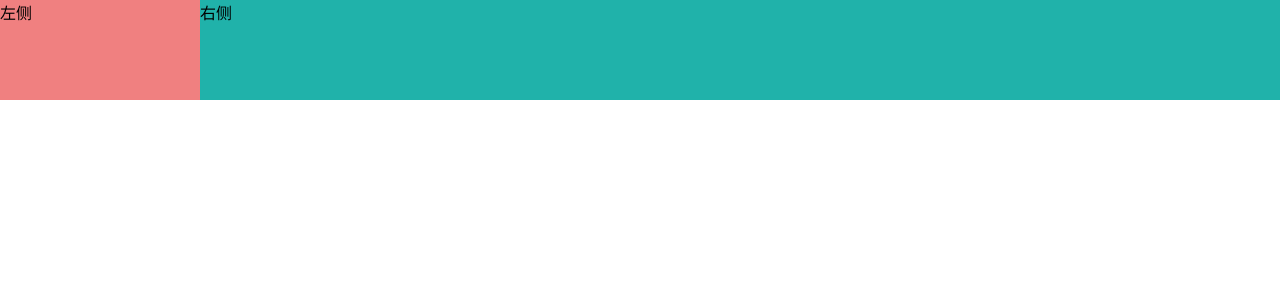
Repository: ljwrookie/Front-end-interview-handwritten-code
Page: 两栏布局.html
An editor plug-in stored every save of this project. The page is shown before and after the next save, followed by the edit.
The browser window is 1280 px wide. The pictures show the whole page.

Above is the page before, as saved 2022-04-07 11:47:47.

### 两栏布局.html
<!DOCTYPE html>
<html lang="en">
	<head>
		<meta charset="UTF-8" />
		<meta http-equiv="X-UA-Compatible" content="IE=edge" />
		<meta name="viewport" content="width=device-width, initial-scale=1.0" />
		<title>两栏布局</title>
		<style>
			body {
				margin: 0;
				padding: 0;
			}
			/* 利用浮动， 左边元素宽度固定 ，设置向左浮动。将右边元素的 `margin-left` 设为固定宽度 。
            注意，因为右边元素的 `width` 默认为 `auto` ，所以会自动撑满父元素。 */
			/* .outer {
				height: 100px;
			}
			.left {
				float: left;
				width: 200px;
				height: 100%;
				background: lightcoral;
			}
			.right {
				margin-left: 200px;
				height: 100%;
				background: lightseagreen;
			} */

			/* 同样利用浮动，左边元素宽度固定 ，设置向左浮动。
            右侧元素设置 `overflow`不为`visible` 这样右边就触发了 `BFC` ，
            `BFC` 的区域不会与浮动元素发生重叠，所以两侧就不会发生重叠。 */
			/* .outer {
				height: 100px;
			}
			.left {
				float: left;
				width: 200px;
				height: 100%;
				background: lightcoral;
			}
			.right {
				overflow: auto;
				height: 100%;
				background: lightseagreen;
			} */

			/* 利用 `flex` 布局，左边元素固定宽度，右边的元素设置 `flex: 1`   */
			/* .outer {
				display: flex;
				height: 100px;
			}
			.left {
				width: 200px;
				height: 100%;
				background: lightcoral;
			}
			.right {
				flex: 1;
				height: 100%;
				background: lightseagreen;
			} */

			/* 利用绝对定位，父级元素设为相对定位。左边元素 `absolute` 定位，宽度固定。
            右边元素的 `margin-left` 的值设为左边元素的宽度值。 */
			/* .outer {
				position: relative;
				height: 100px;
			}
			.left {
				position: absolute;
				width: 200px;
				height: 100%;
				background: lightcoral;
			}
			.right {
				margin-left: 200px;
				height: 100%;
				background: lightseagreen;
			} */

			/* 利用绝对定位，父级元素设为相对定位。左边元素宽度固定，
            右边元素 `absolute` 定位， `left` 为宽度大小，其余方向定位为 `0` 。 */
			.outer {
				position: relative;
				height: 100px;
			}
			.left {
				width: 200px;
				height: 100%;
				background: lightcoral;
			}
			.right {
				position: absolute;
				left: 200px;
				top: 0;
				right: 0;
				bottom: 0;
				height: 100%;
				background: lightseagreen;
			}
		</style>
	</head>
	<body>
		<div class="outer">
			<div class="left">左侧</div>
			<div class="right">右侧</div>
		</div>
	</body>
</html>

After the next save:
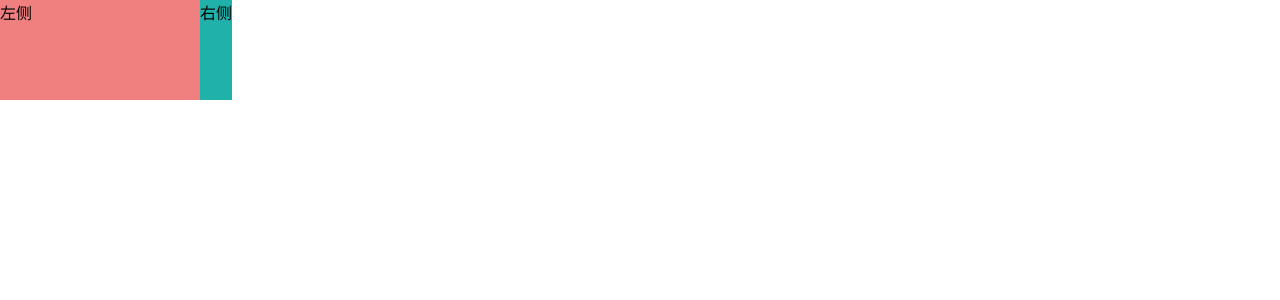
Saved 5 s later.
--- a/两栏布局.html
+++ b/两栏布局.html
@@ -94,7 +94,7 @@
 				position: absolute;
 				left: 200px;
 				top: 0;
-				right: 0;
+				/* right: 0; */
 				bottom: 0;
 				height: 100%;
 				background: lightseagreen;

After the save that followed:
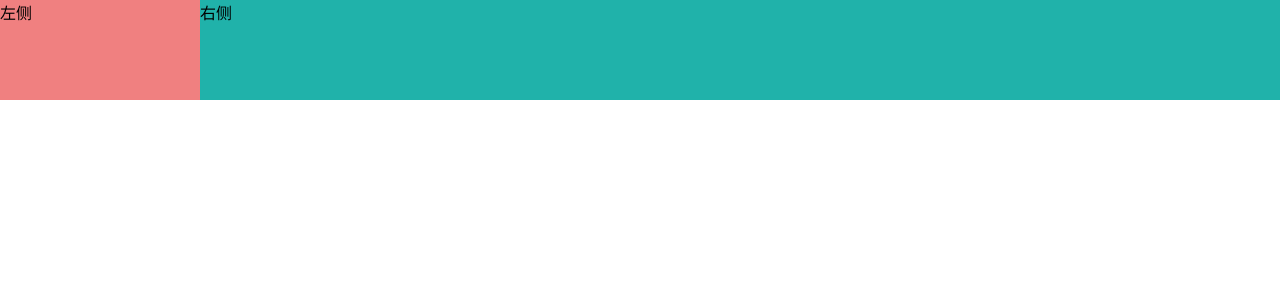
Saved 6 s later.
--- a/两栏布局.html
+++ b/两栏布局.html
@@ -94,8 +94,8 @@
 				position: absolute;
 				left: 200px;
 				top: 0;
-				/* right: 0; */
-				bottom: 0;
+				right: 0;
+				/* bottom: 0; */
 				height: 100%;
 				background: lightseagreen;
 			}
